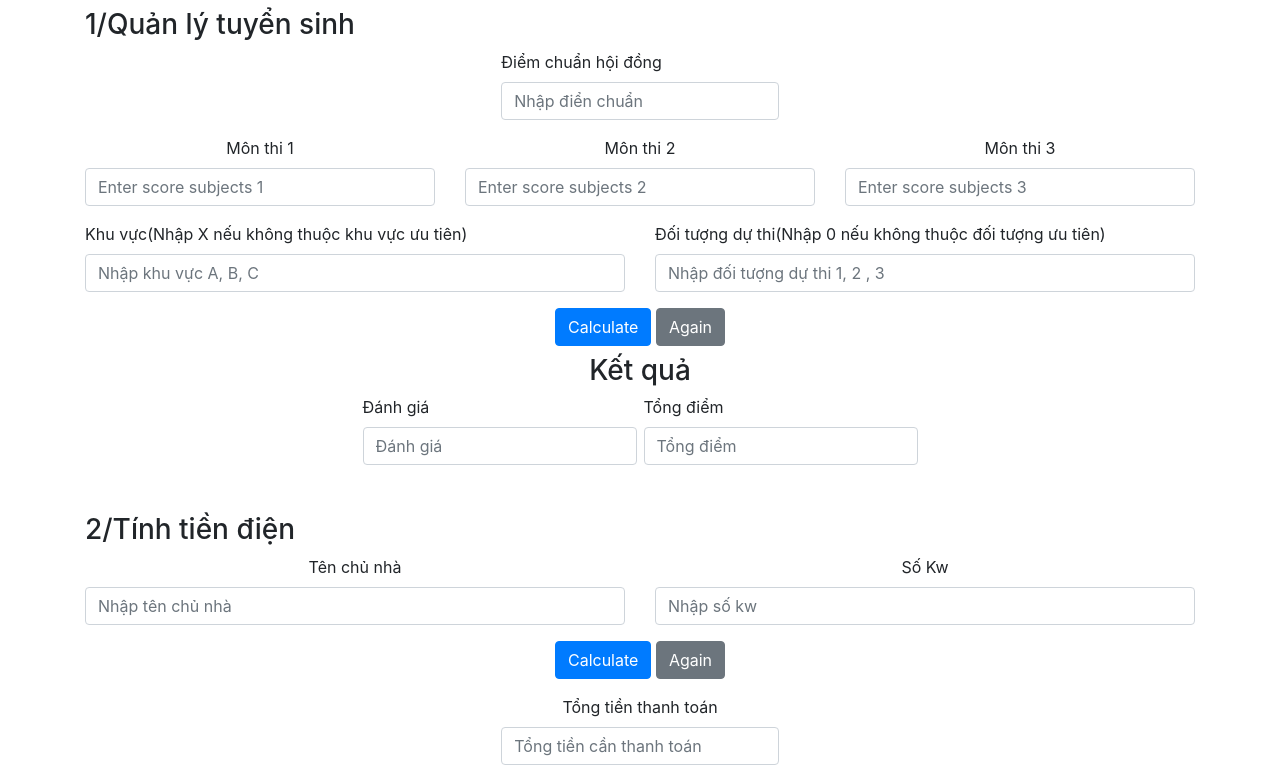
Repository: baobaodeveloper/bootcamp21__jsbasic4_HuynhAnhBao
Page: index.html
The author's editor kept a copy of each file at every save. The page is drawn from the files as they stood at one save, then again after the next save.
The browser window is 1280 px wide. The pictures show the whole page.

Above is the page before, as saved 2022-03-13 20:15:19.

### index.html
<!DOCTYPE html>
<html lang="en">
  <head>
    <title>Exercise3</title>
    <!-- Required meta tags -->
    <meta charset="utf-8" />
    <meta
      name="viewport"
      content="width=device-width, initial-scale=1, shrink-to-fit=no"
    />

    <!-- Bootstrap CSS -->
    <link
      rel="stylesheet"
      href="https://stackpath.bootstrapcdn.com/bootstrap/4.3.1/css/bootstrap.min.css"
      integrity="sha384-ggOyR0iXCbMQv3Xipma34MD+dH/1fQ784/j6cY/iJTQUOhcWr7x9JvoRxT2MZw1T"
      crossorigin="anonymous"
    />
  </head>
  <body>
    <!-- 1/Quản lý tuyển sinh -->
    <div class="container mt-2">
      <h3>1/Quản lý tuyển sinh</h3>

      <div class="mb-3 w-25 m-auto">
        <label>Điểm chuẩn hội đồng</label>
        <input
          type="number"
          class="form-control"
          id="score"
          placeholder="Nhập điển chuẩn"
        />
      </div>

      <div class="row mt-3 text-center">
        <div class="col">
          <label>Môn thi 1</label>
          <input
            type="number"
            class="form-control"
            id="score1"
            placeholder="Enter score subjects 1"
          />
        </div>
        <div class="col">
          <label>Môn thi 2</label>
          <input
            type="number"
            class="form-control"
            id="score2"
            placeholder="Enter score subjects 2"
          />
        </div>
        <div class="col">
          <label>Môn thi 3</label>
          <input
            type="number"
            class="form-control"
            id="score3"
            placeholder="Enter score subjects 3"
          />
        </div>
      </div>

      <div class="row mt-3">
        <div class="col">
          <label>Khu vực(Nhập X nếu không thuộc khu vực ưu tiên)</label>
          <input
            type="text"
            class="form-control"
            placeholder="Nhập khu vực A, B, C"
            id="area"
          />
        </div>
        <div class="col">
          <label
            >Đối tượng dự thi(Nhập 0 nếu không thuộc đối tượng ưu tiên)</label
          >
          <input
            type="number"
            class="form-control"
            placeholder="Nhập đối tượng dự thi 1, 2 , 3"
            id="object"
          />
        </div>
      </div>

      <div class="text-center mt-3">
        <button type="button" class="btn btn-primary" id="scoreBtn">
          Calculate
        </button>
        <button type="button" class="btn btn-secondary" id="score-btn-again">
          Again
        </button>
      </div>

      <h3 class="text-center mt-2">Kết quả</h3>

      <div class="mb-3 w-50 d-flex m-auto justify-content-between">
        <div>
          <label>Đánh giá</label>
          <input
            type="email"
            class="form-control"
            placeholder="Đánh giá"
            id="evaluate"
          />
        </div>

        <div>
          <label>Tổng điểm</label>
          <input
            type="email"
            class="form-control"
            placeholder="Tổng điểm"
            id="total-score"
          />
        </div>
      </div>
    </div>

    <!-- 2/Tính tiền điện -->
    <div class="container mt-lg-5">
      <h3>2/Tính tiền điện</h3>
      <div class="row text-center">
        <div class="col">
          <label class="form-label">Tên chủ nhà</label>
          <input
            type="text"
            class="form-control"
            id="host"
            placeholder="Nhập tên chủ nhà"
          />
        </div>
        <div class="col">
          <label class="form-label">Số Kw</label>
          <input
            type="number"
            id="number-kw"
            class="form-control"
            placeholder="Nhập số kw"
          />
        </div>
      </div>

      <div class="text-center mt-3">
        <button type="button" class="btn btn-primary" id="electricBill">
          Calculate
        </button>
        <button type="button" class="btn btn-secondary" id="electricbill-again">
          Again
        </button>
      </div>

      <div class="w-25 m-auto pt-3 text-center">
        <label class="form-label">Tổng tiền thanh toán</label>
        <input
          type="number"
          class="form-control"
          id="total-pay"
          placeholder="Tổng tiền cần thanh toán"
        />
      </div>
    </div>
    <!-- Optional JavaScript -->
    <!-- jQuery first, then Popper.js, then Bootstrap JS -->
    <script
      src="https://code.jquery.com/jquery-3.3.1.slim.min.js"
      integrity="sha384-q8i/X+965DzO0rT7abK41JStQIAqVgRVzpbzo5smXKp4YfRvH+8abtTE1Pi6jizo"
      crossorigin="anonymous"
    ></script>
    <script
      src="https://cdnjs.cloudflare.com/ajax/libs/popper.js/1.14.7/umd/popper.min.js"
      integrity="sha384-UO2eT0CpHqdSJQ6hJty5KVphtPhzWj9WO1clHTMGa3JDZwrnQq4sF86dIHNDz0W1"
      crossorigin="anonymous"
    ></script>
    <script
      src="https://stackpath.bootstrapcdn.com/bootstrap/4.3.1/js/bootstrap.min.js"
      integrity="sha384-JjSmVgyd0p3pXB1rRibZUAYoIIy6OrQ6VrjIEaFf/nJGzIxFDsf4x0xIM+B07jRM"
      crossorigin="anonymous"
    ></script>

    <!-- <script src="exercise1.js"></script> -->
    <script src="exercise2.js"></script>
  </body>
</html>

### exercise2.js
const host = document.getElementById("host");
const numberKw = document.getElementById("number-kw");
const calculateElectricBill = document.getElementById("electricBill");
const calculateElectricBillAgain =
  document.getElementById("electricbill-again");
const totalPay = document.getElementById("total-pay");

calculateElectricBill.addEventListener("click", () => {
  if (!host || !numberKw || numberKw < 0) return;
  const numberKwValue = +numberKw.value;
  const totalMoneyPay = calculatekw(numberKwValue);
  console.log(totalMoneyPay);
  totalPay.value = Intl.NumberFormat("vi-VN", {
    style: "currency",
    currency: "VND",
  }).format(totalMoneyPay);
});

const calculatekw = (numKw) => {
  if (numKw <= 50) {
    return numKw * 500;
  } else if (numKw <= 100) {
    return 50 * 500 + (numKw - 50) * 650;
  } else if (numKw <= 200) {
    return 50 * (500 + 650) + (numKw - 100) * 850;
  } else if (numKw <= 350) {
    return 50 * (500 + 650) + 100 * 850 + (numKw - 200) * 1100;
  } else {
    return 50 * (500 + 650) + 100 * 850 + 150 * 1100 + (numKw - 350) * 1300;
  }
};

After the next save:
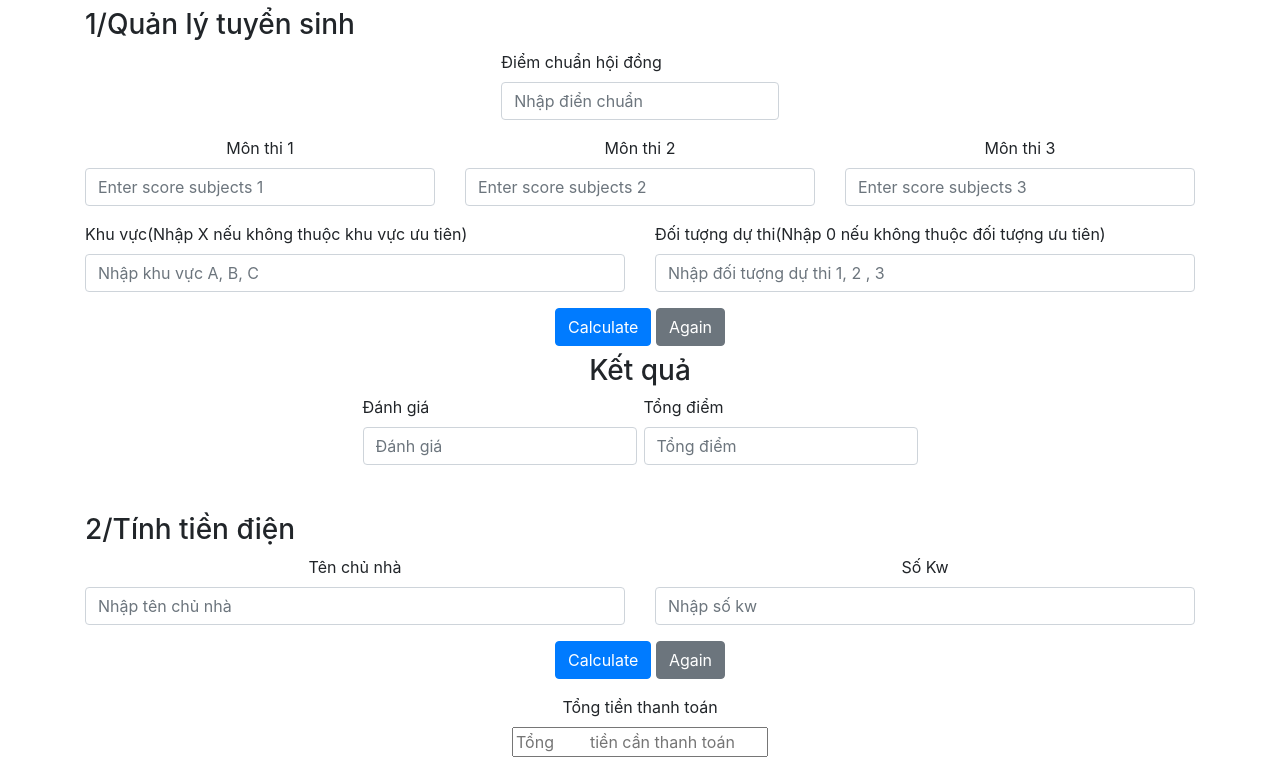
Saved 110 s later.
--- a/index.html
+++ b/index.html
@@ -154,12 +154,8 @@
 
       <div class="w-25 m-auto pt-3 text-center">
         <label class="form-label">Tổng tiền thanh toán</label>
-        <input
-          type="number"
-          class="form-control"
-          id="total-pay"
-          placeholder="Tổng tiền cần thanh toán"
-        />
+        <input type="text class="form-control" id="total-pay" placeholder="Tổng
+        tiền cần thanh toán" />
       </div>
     </div>
     <!-- Optional JavaScript -->
